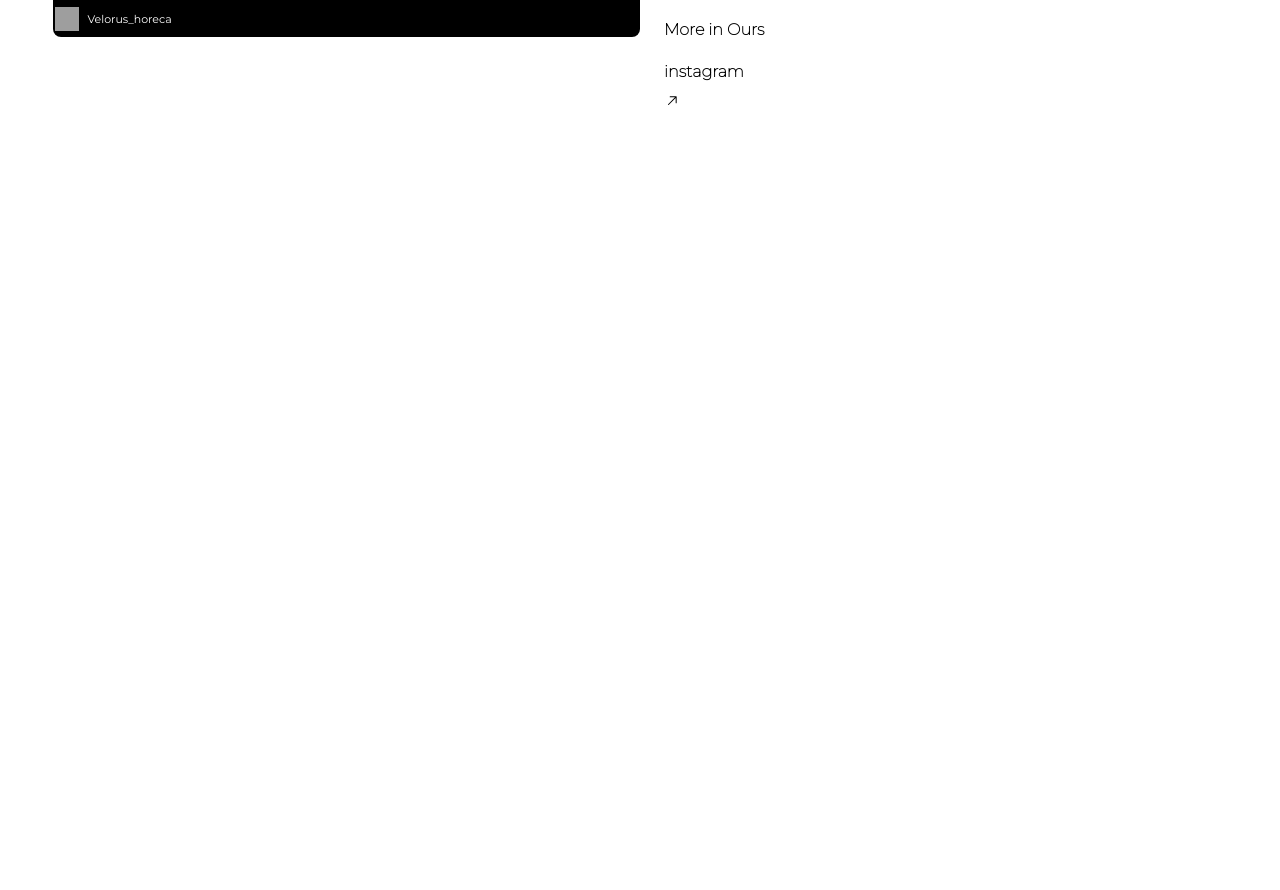
Repository: nikhilsinghrathore1/Shery_02
Page: /
An editor plug-in stored every save of this project. The page is shown before and after the next save, followed by the edit.
The browser window is 1280 px wide. The pictures show the part of the page from y = 3430 to 4320 px (the page is 4320 px tall).
Pictures or frames that could not be fetched are drawn as grey boxes. The project was rebuilt for these pictures with package versions that can differ from the ones it lists, and the page was loaded fresh each time. Also part of the build but not shown: vite.config.js.

Above is the page before, as saved 2024-07-18 02:40:33.

After the next save:
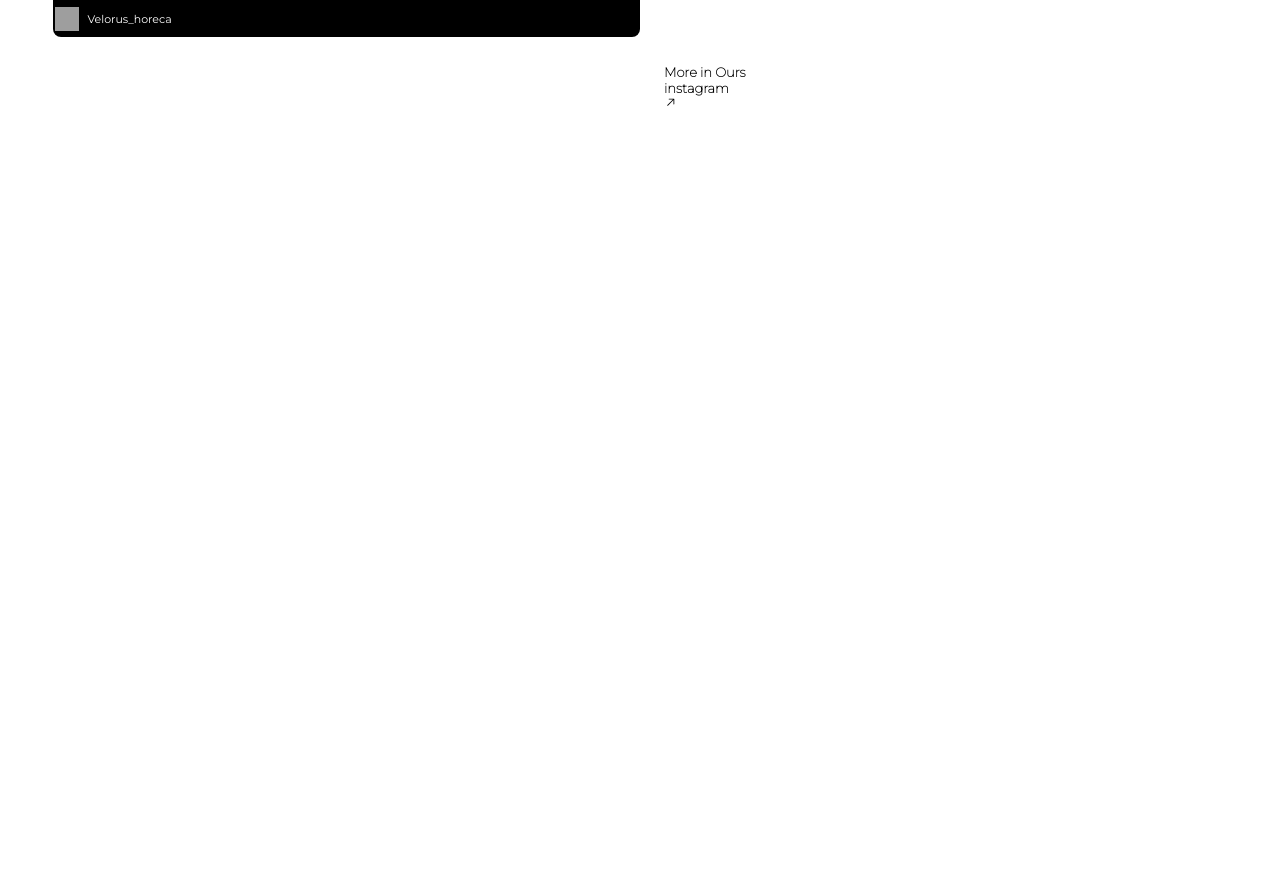
Saved 39 s later.
--- a/src/components/MoreInsta.jsx
+++ b/src/components/MoreInsta.jsx
@@ -3,7 +3,7 @@ import { GoArrowUpRight } from "react-icons/go";
 
 const MoreInsta = () => {
   return (
-    <div className=''>
+    <div className=' leading-[16px] text-[13px] f4 font-semibold'>
                <p>More in Ours</p>
                <p>instagram <span><GoArrowUpRight/></span></p>
     </div>
